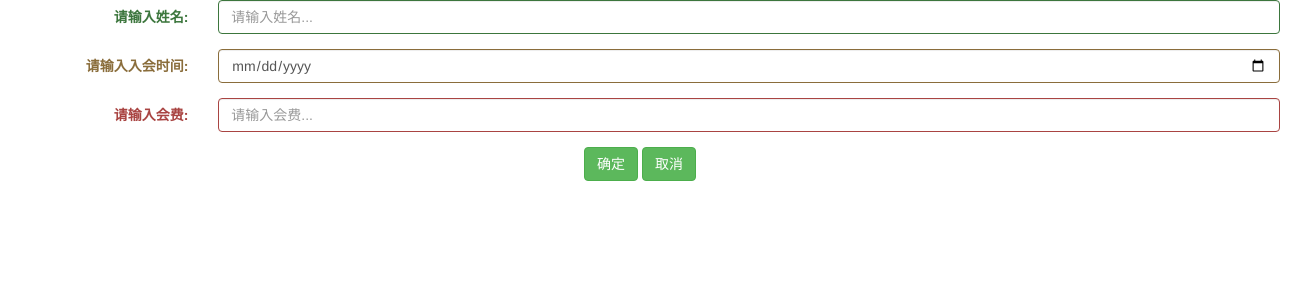
Repository: HelloChuang/HelloChuang-EclipseWorkSpace
Page: http://localhost/RetestServlet3/user_update.jsp
The author's editor kept a copy of each file at every save. The page is drawn from the files as they stood at one save, then again after the next save.
The browser window is 1280 px wide. The page is 1295 px wide, so the pictures cover 1295 px, including what lies to the right of the window. The pictures show the whole page.
The page is served by Tomcat 9.

Above is the page before, as saved 2018-10-31 09:11:27.

After the next save:
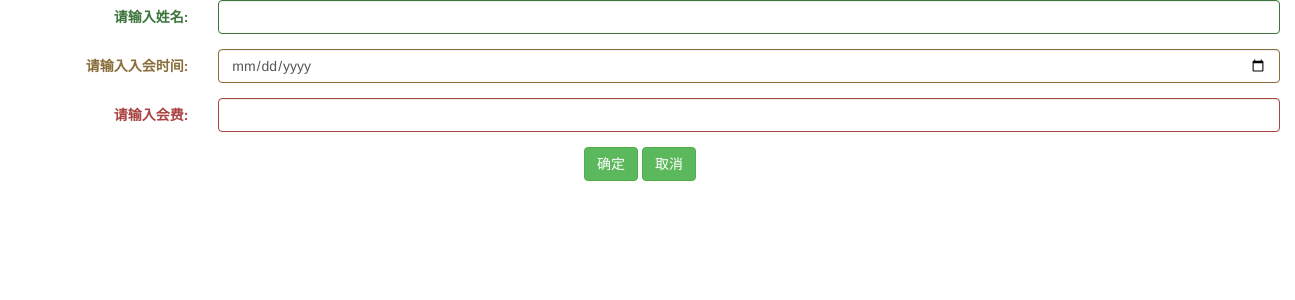
Saved 24 s later.
--- a/EclipseWorkSpace/RetestServlet3/WebContent/user_update.jsp
+++ b/EclipseWorkSpace/RetestServlet3/WebContent/user_update.jsp
@@ -7,26 +7,26 @@
 <link rel="stylesheet" type="text/css" href="${pageContext.request.contextPath}/css/bootstrap.min.css">
 <script type="text/javascript" href="${pageContext.request.contextPath}/js/jquery-1.9.1.js"></script>
 <script type="text/javascript" href="${pageContext.request.contextPath}/js/bootstrap.min.js"></script>
-<title>添加会员</title>
+<title>更新会员</title>
 </head>
 <body>
-<form class="form-horizontal" role="form" action="AddUserAction">
+<form class="form-horizontal" role="form" action="UpdateUserAction">
 	<div class="form-group has-success">
     <label class="col-sm-2 control-label" for="inputSuccess">请输入姓名:</label>
     <div class="col-sm-10">
-      <input type="text" class="form-control" name="uname" required="required" placeholder="请输入姓名...">
+      <input type="text" class="form-control" name="uname" required="required" value="${user.uid}">
     </div>
   </div>
   <div class="form-group has-warning">
     <label class="col-sm-2 control-label" for="inputWarning">请输入入会时间:</label>
     <div class="col-sm-10">
-      <input type="date" class="form-control" name="udate" required="required" placeholder="请输入入会时间...">
+      <input type="date" class="form-control" name="udate" required="required" value="${user.udate}">
     </div>
   </div>
   <div class="form-group has-error">
     <label class="col-sm-2 control-label" for="inputError">请输入会费:</label>
     <div class="col-sm-10">
-      <input type="text" class="form-control" name="umoney" required="required" placeholder="请输入会费...">
+      <input type="text" class="form-control" name="umoney" required="required" value="${user.umoney}">
     </div>
   </div>
   <div align="center">
